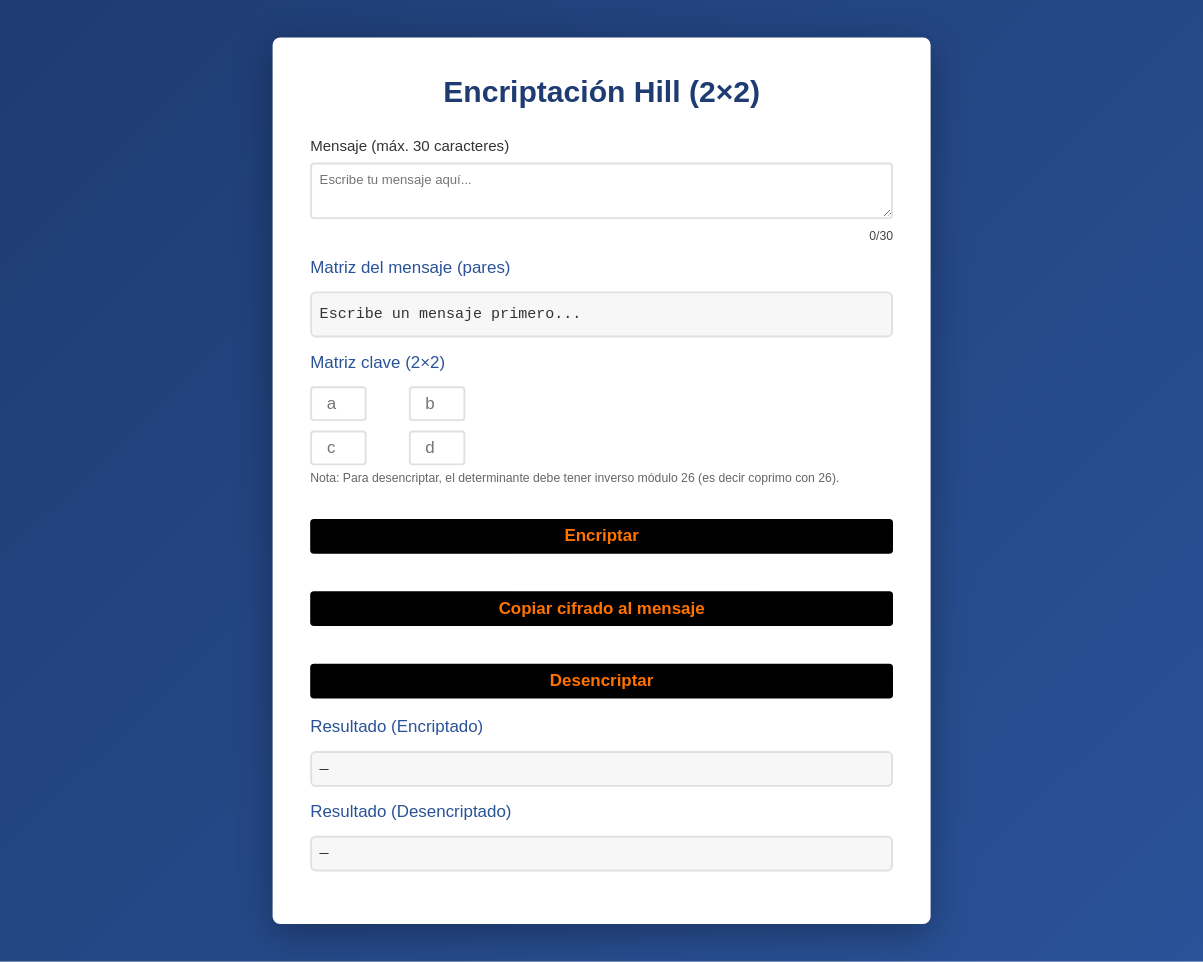
Repository: LeoTSW13/Clase-ejemplo-Algebra
Page: index.html
These files come from the project's save history. The page is drawn as it stood at one moment and after the next save; the edit follows.
The browser window is 1280 px wide. The pictures show the whole page, at 94% of full size.

Above is the page before, as saved 2025-11-26 10:54:28.

### index.html
<!DOCTYPE html>
<html lang="es">
<head>
    <meta charset="UTF-8" />
    <meta name="viewport" content="width=device-width, initial-scale=1.0"/>
    <title>Encriptación Hill</title>
    <link rel="stylesheet" href="styles.css">
    <style>
        /* Estilos mínimos para que se vea legible si no tienes styles.css */
        .container { max-width:700px; margin:20px auto; font-family:Arial, Helvetica, sans-serif; }
        .section { margin-bottom:16px; }
        textarea { width:100%; min-height:60px; resize:vertical; padding:8px; font-size:14px; }
        .matriz-display, .resultado-box { white-space:pre-wrap; background:#f7f7f7; padding:8px; border-radius:6px; min-height:36px; }
        .matriz-input input { width:60px; margin-right:6px; padding:6px; }
        button { padding:8px 12px; margin-right:8px; cursor:pointer; }
        .hint { font-size:13px; color:#666; margin-top:6px;}
        .char-count { font-size:13px; color:#444; margin-top:6px;}
        .error { color:#a00; }
    </style>
</head>
<body>
    <div class="container">
        <h1>Encriptación Hill (2×2)</h1>

        <!-- MENSAJE -->
        <div class="section">
            <label for="mensaje">Mensaje (máx. 30 caracteres)</label>
            <textarea id="mensaje" maxlength="30" placeholder="Escribe tu mensaje aquí..."></textarea>
            <div class="char-count">0/30</div>
        </div>

        <!-- MATRIZ DEL MENSAJE -->
        <div class="section">
            <h3>Matriz del mensaje (pares)</h3>
            <div id="matrizMensaje" class="matriz-display">—</div>
        </div>

        <!-- MATRIZ CLAVE -->
        <div class="section">
            <h3>Matriz clave (2×2)</h3>
            <div class="matriz-input">
                <input type="number" id="k11" placeholder="a">
                <input type="number" id="k12" placeholder="b">
                <input type="number" id="k21" placeholder="c">
                <input type="number" id="k22" placeholder="d">
            </div>
            <div class="hint">
                Nota: Para desencriptar, el determinante debe tener inverso módulo 26 (es decir coprimo con 26).
            </div>
        </div>

        <!-- BOTONES -->
        <button id="encriptar">Encriptar</button>
        <button id="copiarCifrado" type="button">Copiar cifrado al mensaje</button>
        <button id="desencriptar" class="secondary">Desencriptar</button>

        <!-- RESULTADO CIFRADO -->
        <div class="section">
            <h3>Resultado (Encriptado)</h3>
            <div id="resultado" class="resultado-box">—</div>
        </div>

        <!-- RESULTADO DESCIFRADO -->
        <div class="section">
            <h3>Resultado (Desencriptado)</h3>
            <div id="resultadoDes" class="resultado-box">—</div>
        </div>

    </div>

    <script src="script.js"></script>
</body>
</html>

### styles.css
* {
    margin: 0;
    padding: 0;
    box-sizing: border-box;
}

body {
    font-family: 'Segoe UI', Tahoma, Geneva, Verdana, sans-serif;
    background: linear-gradient(135deg, #1e3c72 0%, #2a5298 100%);
    min-height: 100vh;
    display: flex;
    justify-content: center;
    align-items: center;
    padding: 20px;
}

.container {
    background: white;
    max-width: 600px;
    width: 100%;
    padding: 40px;
    border-radius: 8px;
    box-shadow: 0 10px 40px rgba(0, 0, 0, 0.3);
}

h1 {
    color: #1e3c72;
    text-align: center;
    margin-bottom: 30px;
    font-size: 32px;
    font-weight: 600;
}

h3 {
    color: #2a5298;
    margin-bottom: 15px;
    font-size: 18px;
    font-weight: 500;
}

.section {
    margin-bottom: 25px;
}

label {
    display: block;
    color: #333;
    margin-bottom: 8px;
    font-weight: 500;
}

textarea {
    width: 100%;
    padding: 12px;
    border: 2px solid #e0e0e0;
    border-radius: 4px;
    font-size: 16px;
    resize: vertical;
    min-height: 80px;
    font-family: inherit;
    transition: border-color 0.3s;
}

textarea:focus {
    outline: none;
    border-color: #2a5298;
}

.char-count {
    text-align: right;
    color: #666;
    font-size: 12px;
    margin-top: 5px;
}

.matriz-display {
    background: #f5f5f5;
    padding: 20px;
    border-radius: 4px;
    border: 2px solid #e0e0e0;
    min-height: 60px;
    font-family: 'Courier New', monospace;
    color: #333;
    line-height: 1.8;
}

.matriz-input {
    display: grid;
    grid-template-columns: 1fr 1fr;
    gap: 10px;
    max-width: 200px;
}

.matriz-input input {
    padding: 12px;
    border: 2px solid #e0e0e0;
    border-radius: 4px;
    font-size: 18px;
    text-align: center;
    transition: border-color 0.3s;
}

.matriz-input input:focus {
    outline: none;
    border-color: #2a5298;
}

button {
    width: 100%;
    padding: 15px;
    background: #000000;
    color: rgb(255, 115, 0);
    border: none;
    border-radius: 4px;
    font-size: 18px;
    font-weight: 600;
    cursor: pointer;
    transition: background 0.3s;
    margin: 20px 0;
}

button:hover {
    background: #1e3c72;
}

button:active {
    transform: scale(0.98);
}

.resultado-box {
    background: #f5f5f5;
    padding: 20px;
    border-radius: 4px;
    border: 2px solid #e0e0e0;
    min-height: 60px;
    font-family: 'Courier New', monospace;
    color: #333;
    word-wrap: break-word;
}

.error {
    color: #d32f2f;
    background: #ffebee;
    border-color: #d32f2f;
}

### script.js
// ---------------------------
// Hill cipher (2x2) - versión robusta
// ---------------------------

// Referencias DOM
const mensajeEl = document.getElementById('mensaje');
const matrizMensaje = document.getElementById('matrizMensaje');
const k11 = document.getElementById('k11');
const k12 = document.getElementById('k12');
const k21 = document.getElementById('k21');
const k22 = document.getElementById('k22');
const btnEncriptar = document.getElementById('encriptar');
const btnDesencriptar = document.getElementById('desencriptar');
const btnCopiar = document.getElementById('copiarCifrado');
const resultado = document.getElementById('resultado');       // encriptado
const resultadoDes = document.getElementById('resultadoDes'); // desencriptado

// Estado temporal para restaurar original (solo si encriptaste aquí)
window._lastEncryption = null;

// Utilidades
const mod = (n,m=26) => ((n % m) + m) % m;
const letraANum = c => c.charCodeAt(0) - 65;
const numALetra = n => String.fromCharCode(mod(n,26) + 65);

// Limpia texto: deja solo A-Z. opcional: pad=false/true
function limpiarSoloLetras(s, pad=false) {
    let limpio = (s || '').toUpperCase().replace(/[^A-Z]/g, '');
    if (pad && (limpio.length % 2 !== 0)) {
        limpio += 'X';
    }
    return limpio;
}

// Muestra matriz de pares (solo ref visual)
function mostrarMatrizMensaje() {
    const texto = limpiarSoloLetras(mensajeEl.value, false);
    if (!texto) {
        matrizMensaje.textContent = 'Escribe un mensaje primero...';
        return;
    }
    const vals = texto.split('').map(letraANum);
    let out = '[';
    for (let i=0;i<vals.length;i+=2) {
        if (i>0) out += ' ';
        out += '[' + vals[i] + ', ' + ( (i+1 < vals.length) ? vals[i+1] : 23 ) + ']';
    }
    out += ']';
    matrizMensaje.textContent = out;
}

// Actualizar contador y matriz
mensajeEl.addEventListener('input', () => {
    document.querySelector('.char-count').textContent = `${mensajeEl.value.length}/30`;
    mostrarMatrizMensaje();
});
mostrarMatrizMensaje();

// Leer y normalizar clave (mod 26)
// devuelve objeto {a,b,c,d} con valores en 0..25, o null si falta alguno
function leerClave() {
    const vals = [k11.value, k12.value, k21.value, k22.value];
    if (vals.some(v => v === '' || v === null || typeof v === 'undefined')) return null;
    const a = mod(parseInt(k11.value,10));
    const b = mod(parseInt(k12.value,10));
    const c = mod(parseInt(k21.value,10));
    const d = mod(parseInt(k22.value,10));
    if ([a,b,c,d].some(x => Number.isNaN(x))) return null;
    return { a,b,c,d };
}

// Inverso modular via Euclides extendido (robusto)
function egcd(a,b) {
    if (b === 0) return { g: a, x: 1, y: 0 };
    const r = egcd(b, a % b);
    return { g: r.g, x: r.y, y: r.x - Math.floor(a / b) * r.y };
}
function modInv(a,m=26) {
    a = mod(a,m);
    const r = egcd(a,m);
    if (r.g !== 1) return null;
    return mod(r.x,m);
}

// ---------------------------
// ENCRIPTAR
// ---------------------------
btnEncriptar.addEventListener('click', () => {
    resultado.classList.remove('error');
    resultadoDes.classList.remove('error');
    resultadoDes.textContent = '—';

    const raw = mensajeEl.value || '';
    const key = leerClave();
    if (!key) {
        resultado.classList.add('error');
        resultado.textContent = 'Error: completa los 4 valores de la matriz (a,b,c,d).';
        return;
    }

    // Limpiar y añadir padding si hace falta
    const cleanedNoPad = limpiarSoloLetras(raw, false);
    if (!cleanedNoPad) {
        resultado.classList.add('error');
        resultado.textContent = 'Error: ingresa texto a cifrar (letras A-Z).';
        return;
    }
    let padded = cleanedNoPad;
    let paddedAdded = false;
    if (padded.length % 2 !== 0) { padded += 'X'; paddedAdded = true; }

    // Encriptar por bloques
    let cipher = '';
    for (let i=0;i<padded.length;i+=2) {
        const x = letraANum(padded[i]);
        const y = letraANum(padded[i+1]);
        const r1 = mod(key.a * x + key.b * y);
        const r2 = mod(key.c * x + key.d * y);
        cipher += numALetra(r1) + numALetra(r2);
    }

    // Guardar estado para poder restaurar ORIGINAL con espacios/case si el usuario
    // desencripta inmediatamente después (mejor experiencia)
    window._lastEncryption = {
        originalRaw: raw,
        cleanedNoPad: cleanedNoPad,
        padded: padded,
        paddedAdded: paddedAdded,
        key: key,
        cipher: cipher
    };

    resultado.textContent = cipher;
});

// Botón: copiar cifrado al textarea (comodidad para probar desencriptar)
btnCopiar.addEventListener('click', () => {
    if (resultado.textContent && resultado.textContent !== '—') {
        mensajeEl.value = resultado.textContent;
        mensajeEl.dispatchEvent(new Event('input'));
    }
});

// ---------------------------
// DESENCRIPTAR
// ---------------------------
btnDesencriptar.addEventListener('click', () => {
    resultado.classList.remove('error');
    resultadoDes.classList.remove('error');

    const key = leerClave();
    if (!key) {
        resultadoDes.classList.add('error');
        resultadoDes.textContent = 'Error: completa los 4 valores de la matriz (a,b,c,d).';
        return;
    }

    // Tomamos EXACTAMENTE el contenido del textarea como ciphertext (no forzamos padding)
    let cipherText = limpiarSoloLetras(mensajeEl.value, false);
    if (!cipherText) {
        resultadoDes.classList.add('error');
        resultadoDes.textContent = 'Error: ingresa texto cifrado en el textarea para desencriptar.';
        return;
    }

    // Si ciphertext tiene longitud impar, la reparo automáticamente y aviso
    let repaired = false;
    if (cipherText.length % 2 !== 0) {
        cipherText += 'X';
        repaired = true;
    }

    // Determinante y su inverso mod26
    // Usamos las entradas normalizadas de key (0..25)
    const det = mod(key.a * key.d - key.b * key.c);
    const invDet = modInv(det, 26);
    if (invDet === null) {
        resultadoDes.classList.add('error');
        resultadoDes.textContent = `Error: El determinante = ${det} no tiene inverso módulo 26 → no es posible desencriptar con esta clave.`;
        return;
    }

    // Matriz inversa: invDet * adj (adj = [d, -b; -c, a]) normalizada
    const ai = mod(invDet * key.d);
    const bi = mod(invDet * (-key.b));
    const ci = mod(invDet * (-key.c));
    const di = mod(invDet * key.a);

    // Desencriptar bloques
    let plainClean = '';
    for (let i=0;i<cipherText.length;i+=2) {
        const x = letraANum(cipherText[i]);
        const y = letraANum(cipherText[i+1]);
        const p1 = mod(ai * x + bi * y);
        const p2 = mod(ci * x + di * y);
        plainClean += numALetra(p1) + numALetra(p2);
    }

    // Intentar restaurar formato original (espacios y mayúsculas/minúsculas)
    // Solo se puede hacer si la encriptación la hiciste en esta misma sesión con este UI
    if (window._lastEncryption && window._lastEncryption.cipher === cipherText.slice(0, window._lastEncryption.cipher.length)) {
        // Si coincide exactamente (o coincide la parte inicial), devolvemos el original exacto
        resultadoDes.textContent = `Resultado: ${window._lastEncryption.originalRaw}`;
        // También mostramos la limpieza que se devolvió para verificación
        if (window._lastEncryption.paddedAdded && plainClean.endsWith('X')) {
            // quitar la X añadida en cifrado para mostrar la versión sin padding en log
            const withoutPad = plainClean.slice(0, -1);
            resultadoDes.textContent += `\n(Descifrado limpio sin padding: ${withoutPad})`;
        } else {
            resultadoDes.textContent += `\n(Descifrado limpio: ${plainClean})`;
        }
        return;
    }

    // Si no podemos restaurar el original (no fue creado aquí), devolvemos texto limpio A–Z
    // y removemos el padding X final solo si lo detectamos justo añadido por reparación
    let finalPlain = plainClean;
    if (repaired && finalPlain.endsWith('X')) {
        finalPlain = finalPlain.slice(0, -1);
    }

    resultadoDes.textContent = `Resultado: ${finalPlain}`;
});

After the next save:
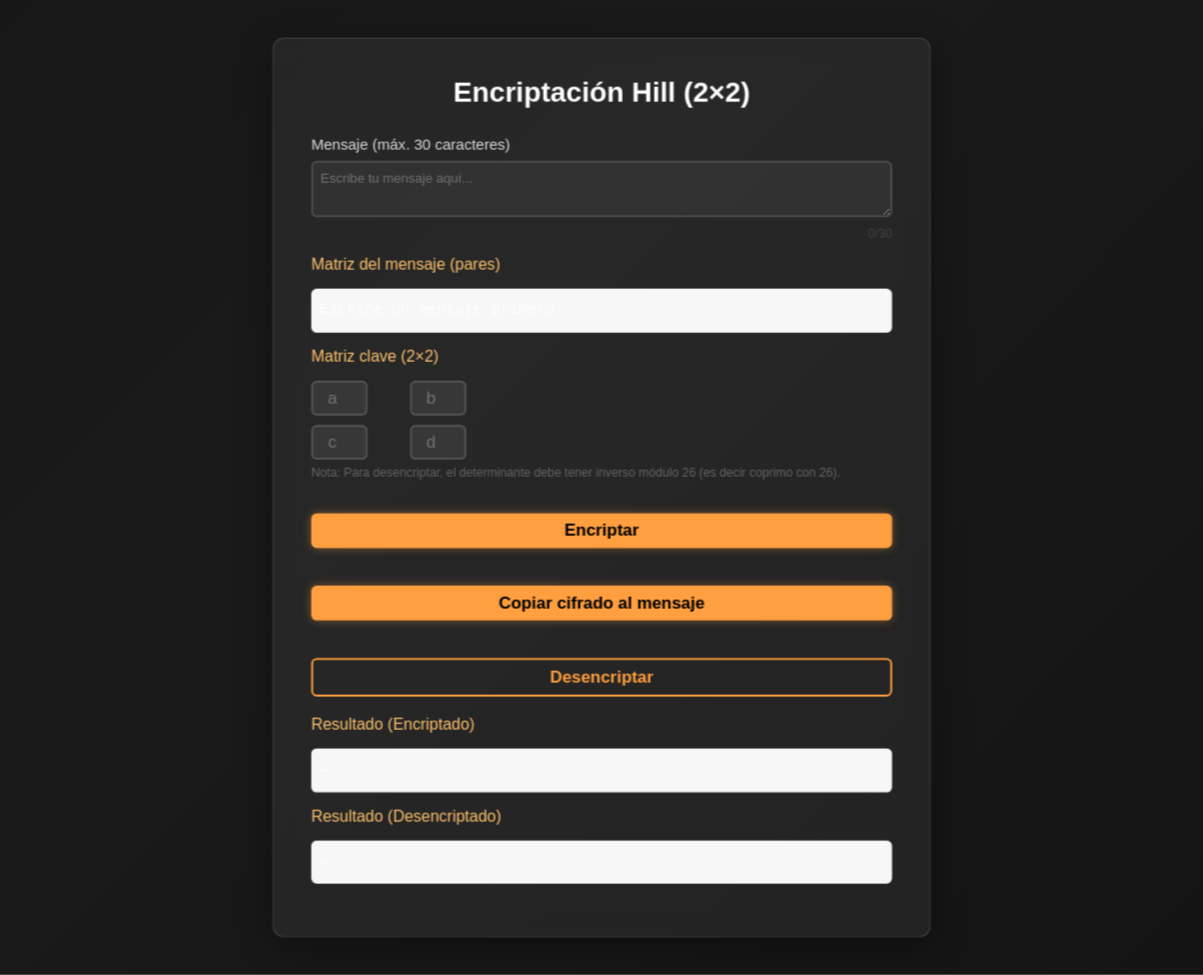
Saved 7 min 22 s later.
--- a/styles.css
+++ b/styles.css
@@ -1,89 +1,131 @@
+/* ------------------------------
+   RESET
+------------------------------ */
 * {
     margin: 0;
     padding: 0;
     box-sizing: border-box;
 }
 
+/* ------------------------------
+   FONDO ANIMADO MINIMALISTA
+------------------------------ */
 body {
     font-family: 'Segoe UI', Tahoma, Geneva, Verdana, sans-serif;
-    background: linear-gradient(135deg, #1e3c72 0%, #2a5298 100%);
     min-height: 100vh;
     display: flex;
     justify-content: center;
     align-items: center;
     padding: 20px;
+
+    /* Gradiente animado */
+    background: linear-gradient(-45deg, #0e0e0e, #1a1a1a, #111, #191919);
+    background-size: 400% 400%;
+    animation: gradientBG 12s ease infinite;
 }
 
+@keyframes gradientBG {
+    0% { background-position: 0% 50%; }
+    50% { background-position: 100% 50%; }
+    100% { background-position: 0% 50%; }
+}
+
+/* ------------------------------
+   CONTENEDOR GLASS
+------------------------------ */
 .container {
-    background: white;
+    background: rgba(255,255,255,0.06);
+    backdrop-filter: blur(12px);
+    border: 1px solid rgba(255,255,255,0.15);
     max-width: 600px;
     width: 100%;
     padding: 40px;
-    border-radius: 8px;
-    box-shadow: 0 10px 40px rgba(0, 0, 0, 0.3);
+    border-radius: 12px;
+    box-shadow: 0 10px 40px rgba(0, 0, 0, 0.4);
 }
 
+/* ------------------------------
+   TITULOS
+------------------------------ */
 h1 {
-    color: #1e3c72;
+    color: #ffffff;
     text-align: center;
     margin-bottom: 30px;
-    font-size: 32px;
+    font-size: 30px;
     font-weight: 600;
 }
 
 h3 {
-    color: #2a5298;
+    color: #ffc36e;
     margin-bottom: 15px;
-    font-size: 18px;
+    font-size: 17px;
     font-weight: 500;
 }
 
+/* ------------------------------
+   SECCIONES
+------------------------------ */
 .section {
     margin-bottom: 25px;
 }
 
 label {
     display: block;
-    color: #333;
+    color: #dddddd;
     margin-bottom: 8px;
     font-weight: 500;
 }
 
+/* ------------------------------
+   TEXTAREA
+------------------------------ */
 textarea {
     width: 100%;
     padding: 12px;
-    border: 2px solid #e0e0e0;
-    border-radius: 4px;
+    border: 2px solid rgba(255,255,255,0.15);
+    border-radius: 6px;
     font-size: 16px;
     resize: vertical;
     min-height: 80px;
     font-family: inherit;
-    transition: border-color 0.3s;
+    background: rgba(255,255,255,0.05);
+    color: #fff;
+    transition: 0.3s;
 }
 
 textarea:focus {
     outline: none;
-    border-color: #2a5298;
+    border-color: #ff9f3f;
 }
 
+/* ------------------------------
+   CONTADOR
+------------------------------ */
 .char-count {
     text-align: right;
-    color: #666;
+    color: #bbbbbb;
     font-size: 12px;
     margin-top: 5px;
 }
 
-.matriz-display {
-    background: #f5f5f5;
+/* ------------------------------
+   MATRIZ RESULTADO
+------------------------------ */
+.matriz-display,
+.resultado-box {
+    background: rgba(255,255,255,0.06);
     padding: 20px;
-    border-radius: 4px;
-    border: 2px solid #e0e0e0;
+    border-radius: 6px;
+    border: 1px solid rgba(255,255,255,0.15);
     min-height: 60px;
     font-family: 'Courier New', monospace;
-    color: #333;
+    color: #ffffff;
     line-height: 1.8;
 }
 
+/* ------------------------------
+   INPUT MATRIZ CLAVE
+------------------------------ */
 .matriz-input {
     display: grid;
     grid-template-columns: 1fr 1fr;
@@ -93,53 +135,65 @@ textarea:focus {
 
 .matriz-input input {
     padding: 12px;
-    border: 2px solid #e0e0e0;
-    border-radius: 4px;
+    border: 2px solid rgba(255,255,255,0.15);
+    border-radius: 6px;
     font-size: 18px;
     text-align: center;
-    transition: border-color 0.3s;
+    background: rgba(255,255,255,0.08);
+    color: #fff;
+    transition: 0.3s;
 }
 
 .matriz-input input:focus {
     outline: none;
-    border-color: #2a5298;
+    border-color: #ff9f3f;
 }
 
+/* ------------------------------
+   BOTONES ELEGANTES
+------------------------------ */
 button {
     width: 100%;
     padding: 15px;
-    background: #000000;
-    color: rgb(255, 115, 0);
+    background: #ff9f3f;
+    color: #000;
     border: none;
-    border-radius: 4px;
+    border-radius: 6px;
     font-size: 18px;
     font-weight: 600;
     cursor: pointer;
-    transition: background 0.3s;
+    transition: 0.3s;
     margin: 20px 0;
+    box-shadow: 0 0 10px rgba(255,159,63,0.4);
 }
 
 button:hover {
-    background: #1e3c72;
+    background: #ffb86b;
+    transform: translateY(-2px);
+    box-shadow: 0 0 14px rgba(255,159,63,0.7);
 }
 
 button:active {
-    transform: scale(0.98);
+    transform: scale(0.97);
 }
 
-.resultado-box {
-    background: #f5f5f5;
-    padding: 20px;
-    border-radius: 4px;
-    border: 2px solid #e0e0e0;
-    min-height: 60px;
-    font-family: 'Courier New', monospace;
-    color: #333;
-    word-wrap: break-word;
+/* Segundo botón estilo outline */
+.secondary {
+    background: transparent;
+    border: 2px solid #ff9f3f;
+    color: #ff9f3f;
+    box-shadow: none;
 }
 
+.secondary:hover {
+    background: rgba(255,159,63,0.12);
+}
+
+/* ------------------------------
+   ERRORES
+------------------------------ */
 .error {
-    color: #d32f2f;
-    background: #ffebee;
-    border-color: #d32f2f;
+    color: #ff6b6b;
+    background: rgba(255, 80, 80, 0.15);
+    border-color: #ff6b6b;
 }
